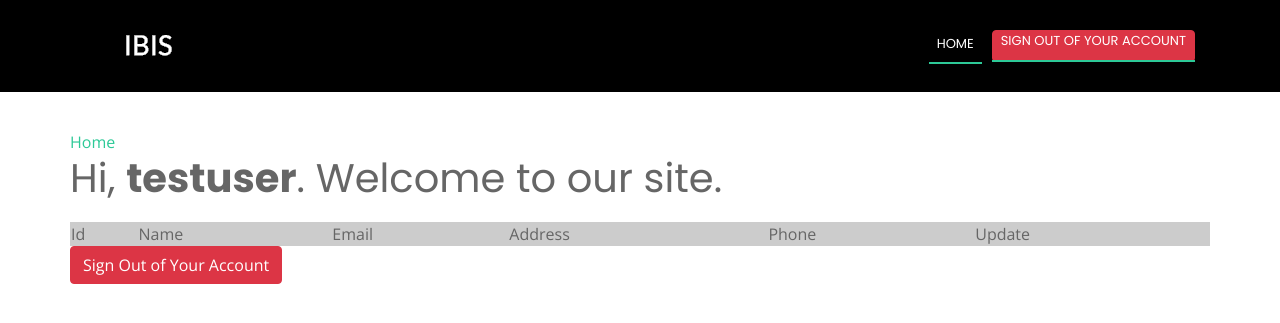
Repository: bhavrishi/Php_Internship_System
Page: http://localhost/ibis/admin/companies/index.php
The author's editor kept a record of every edit. The page is drawn from the files as they stood at one moment, then again after the next edit.
The browser window is 1280 px wide. The pictures show the whole page.
The page is run by PHP 8.4 with error messages shown; the project is at /var/www/html/. The session is filled in as if someone had signed in: {"username": "testuser"}. Other server files are loaded and not shown. Queries for data that is not in the repository find no rows.

Above is the page before.

### workspace/ibis/admin/companies/index.php


<?php
//including the database connection file
include_once("config.php");

// Initialize the session
session_start();

// If session variable is not set it will redirect to login page
if(!isset($_SESSION['username']) || empty($_SESSION['username'])){
 header("location: ../login.php");
 exit;
}

//fetching data in descending order (lastest entry first)
//$result = mysql_query("SELECT * FROM users ORDER BY id DESC"); // mysql_query is deprecated
$result = mysqli_query($mysqli, "SELECT * FROM companies ORDER BY company_id DESC"); // using mysqli_query instead
?>

<html>
<head>
	<title>Edit Companies</title>
	<meta charset="utf-8">
  <title>IBIS Internship System</title>
  <meta content="width=device-width, initial-scale=1.0" name="viewport">
  <meta content="" name="keywords">
  <meta content="" name="description">

  <!-- Favicons -->
  <link href="../../img/favicon.png" rel="icon">
  <link href="../..img/apple-touch-icon.png" rel="apple-touch-icon">

  <!-- Google Fonts -->
  <link href="https://fonts.googleapis.com/css?family=Open+Sans:300,300i,400,400i,700,700i|Poppins:300,400,500,700" rel="stylesheet">

  <!-- Bootstrap CSS File -->
  <link href="../../lib/bootstrap/css/bootstrap.min.css" rel="stylesheet">

  <!-- Libraries CSS Files -->
  <link href="../../lib/font-awesome/css/font-awesome.min.css" rel="stylesheet">
  <link href="../../lib/animate/animate.min.css" rel="stylesheet">

  <!-- Main Stylesheet File -->
  <link href="../style.css" rel="stylesheet">
</head>

<body>

	 <!--==========================
  Header
  ============================-->
  <header id="header">
    <div class="container">

      <div id="logo" class="pull-left">
        <a href="#"><img src="../../img/logo.png" alt="" title="" /></img></a>
        <!-- Uncomment below if you prefer to use a text logo -->
        <!--<h1><a href="#hero">Regna</a></h1>-->
      </div>
      <nav id="nav-menu-container">
        <ul class="nav-menu">
          <li class="menu-active"><a href="../">Home</a></li>
          <li class="menu-active"><a href="../logout.php" class="btn btn-danger">Sign Out of Your Account</a></li>
        </ul>
      </nav><!-- #nav-menu-container -->
    </div>
  </header><!-- #header -->

  <main id="main">

    <section id="about">
      <div class="container">
      	<div class="row">
      		<a href="../main.php"> Home</a>
      	</div>
        <div class="row about-container">

<h1>Hi, <b><?php echo $_SESSION['username']; ?></b>. Welcome to our site.</h1>
<br/><br/>

	<table width='100%' border=0>

	<tr bgcolor='#CCCCCC'>
		<td>Id</td>
		<td>Name</td>
		<td>Email</td>
		<td>Address</td>
		<td>Phone</td>
		<td>Update</td>
	</tr>
	<?php
	//while($res = mysql_fetch_array($result)) { // mysql_fetch_array is deprecated, we need to use mysqli_fetch_array
	while($res = mysqli_fetch_array($result)) {
		echo "<tr>";
		echo "<td>".$res['company_id']."</td>";
		echo "<td>".$res['company_name']."</td>";
		echo "<td>".$res['company_email']."</td>";
		echo "<td>".$res['comapny_address']."</td>";
		echo "<td>".$res['company_phone']."</td>";

		echo "<td><a href=\"edit.php?company_id=$res[company_id]\">Edit</a> |
		<a href=\"delete.php?company_id=$res[company_id]\" onClick=\"return confirm('Are you sure you want to delete?')\">Delete</a></td>";
	}
	?>
	</table>
	<p><a href="../logout.php" class="btn btn-danger">Sign Out of Your Account</a></p>

</main>
</section>
</div>
</div>
</body>
</html>

### workspace/ibis/admin/companies/config.php
<?php
/*
// mysql_connect("database-host", "username", "password")
$conn = mysql_connect("localhost","root","root")
			or die("cannot connected");

// mysql_select_db("database-name", "connection-link-identifier")
@mysql_select_db("test",$conn);
*/

/**
 * mysql_connect is deprecated
 * using mysqli_connect instead
 */

$databaseHost = 'localhost';
$databaseName = 'Ibis';
$databaseUsername = 'sambuahin';
$databasePassword = '';

$mysqli = mysqli_connect($databaseHost, $databaseUsername, $databasePassword, $databaseName);

?>

### workspace/ibis/admin/style.css
.wrapper{
  width: 300px;
  margin: auto;
}
/*--------------------------------------------------------------
# General
--------------------------------------------------------------*/
form {
    margin-top: 2em;
}
.don{
  margin-top: 30px!important;
  width:100%;
  margin-bottom: 10px;
}
body {
  background: #fff;
  color: #666666;
  font-family: "Open Sans", sans-serif;
}
.con{
  width: 50%;
  margin: auto;
}
.mai{
  height: 100vh;
}
a {
  color: #2dc997;
}

a:hover, a:active, a:focus {
  color: #2dca98;
  outline: none;
  text-decoration: none;
}

p {
  padding: 0;
  margin: 0 0 30px 0;
}

h1, h2, h3, h4, h5, h6 {
  font-family: "Poppins", sans-serif;
  font-weight: 400;
  margin: 0 0 20px 0;
  padding: 0;
}

/* Prelaoder */
#preloader {
  position: fixed;
  left: 0;
  top: 0;
  z-index: 999;
  width: 100%;
  height: 100%;
  overflow: visible;
  background: #fff url("../img/preloader.svg") no-repeat center center;
}

/* Back to top button */
.back-to-top {
  position: fixed;
  display: none;
  background: rgba(0, 0, 0, 0.2);
  color: #fff;
  padding: 6px 12px 9px 12px;
  font-size: 16px;
  border-radius: 2px;
  right: 15px;
  bottom: 15px;
  transition: background 0.5s;
}

@media (max-width: 768px) {
  .back-to-top {
    bottom: 15px;
  }
}

.back-to-top:focus {
  background: rgba(0, 0, 0, 0.2);
  color: #fff;
  outline: none;
}

.back-to-top:hover {
  background: #2dc997;
  color: #fff;
}

/*--------------------------------------------------------------
# Header
--------------------------------------------------------------*/
#header {
  padding: 30px 0;
  height: 92px;
  position: fixed;
  left: 0;
  top: 0;
  right: 0;
  transition: all 0.5s;
  z-index: 997;

      background-color: #000000;
}

#header #logo {
  float: left;
}

#header #logo h1 {
  font-size: 36px;
  margin: 0;
  padding: 6px 0;
  line-height: 1;
  font-family: "Poppins", sans-serif;
  font-weight: 700;
  letter-spacing: 3px;
  text-transform: uppercase;
}

#header #logo h1 a, #header #logo h1 a:hover {
  color: #fff;
}

#header #logo img {
  padding: 0;
  margin: 0;
}

@media (max-width: 768px) {
  #header #logo h1 {
    font-size: 26px;
  }
  #header #logo img {
    max-height: 40px;
  }
}

#header.header-fixed {
  background: rgba(52, 59, 64, 0.9);
  padding: 20px 0;
  height: 72px;
  transition: all 0.5s;
}

/*--------------------------------------------------------------
# Hero Section
--------------------------------------------------------------*/
#hero {
  display: table;
  width: 100%;
  height: 100vh;
  background: url(../img/hero-bg.jpg) top center fixed;
  background-size: cover;
}

#hero .hero-container {
  background: rgba(0, 0, 0, 0.6);
  display: table-cell;
  margin: 0;
  padding: 0 10px;
  text-align: center;
  vertical-align: middle;
}

#hero h1 {
  margin: 30px 0 10px 0;
  font-size: 48px;
  font-weight: 700;
  line-height: 56px;
  text-transform: uppercase;
  color: #fff;
}

@media (max-width: 768px) {
  #hero h1 {
    font-size: 28px;
    line-height: 36px;
  }
}

#hero h2 {
  color: #eee;
  margin-bottom: 50px;
  font-size: 24px;
}

@media (max-width: 768px) {
  #hero h2 {
    font-size: 18px;
    line-height: 24px;
    margin-bottom: 30px;
  }
}

#hero .btn-get-started {
  font-family: "Poppins", sans-serif;
  text-transform: uppercase;
  font-weight: 500;
  font-size: 16px;
  letter-spacing: 1px;
  display: inline-block;
  padding: 8px 28px;
  border-radius: 50px;
  transition: 0.5s;
  margin: 10px;
  border: 2px solid #fff;
  color: #fff;
}

#hero .btn-get-started:hover {
  background: #2dc997;
  border: 2px solid #2dc997;
}

/*--------------------------------------------------------------
# Navigation Menu
--------------------------------------------------------------*/
/* Nav Menu Essentials */
.nav-menu, .nav-menu * {
  margin: 0;
  padding: 0;
  list-style: none;
}

.nav-menu ul {
  position: absolute;
  display: none;
  top: 100%;
  left: 0;
  z-index: 99;
}

.nav-menu li {
  position: relative;
  white-space: nowrap;
}

.nav-menu > li {
  float: left;
}

.nav-menu li:hover > ul,
.nav-menu li.sfHover > ul {
  display: block;
}

.nav-menu ul ul {
  top: 0;
  left: 100%;
}

.nav-menu ul li {
  min-width: 180px;
}

/* Nav Menu Arrows */
.sf-arrows .sf-with-ul {
  padding-right: 30px;
}

.sf-arrows .sf-with-ul:after {
  content: "\f107";
  position: absolute;
  right: 15px;
  font-family: FontAwesome;
  font-style: normal;
  font-weight: normal;
}

.sf-arrows ul .sf-with-ul:after {
  content: "\f105";
}

/* Nav Meu Container */
#nav-menu-container {
  float: right;
  margin: 0;
}

@media (max-width: 768px) {
  #nav-menu-container {
    display: none;
  }
}

/* Nav Meu Styling */
.nav-menu a {
  padding: 0 8px 10px 8px;
  text-decoration: none;
  display: inline-block;
  color: #fff;
  font-family: "Poppins", sans-serif;
  font-weight: 400;
  text-transform: uppercase;
  font-size: 13px;
  outline: none;
}

.nav-menu > li {
  margin-left: 10px;
}

.nav-menu > li > a:before {
  content: "";
  position: absolute;
  width: 100%;
  height: 2px;
  bottom: 0;
  left: 0;
  background-color: #2dc997;
  visibility: hidden;
  -webkit-transform: scaleX(0);
  transform: scaleX(0);
  -webkit-transition: all 0.3s ease-in-out 0s;
  transition: all 0.3s ease-in-out 0s;
}

.nav-menu a:hover:before, .nav-menu li:hover > a:before, .nav-menu .menu-active > a:before {
  visibility: visible;
  -webkit-transform: scaleX(1);
  transform: scaleX(1);
}

.nav-menu ul {
  margin: 4px 0 0 0;
  border: 1px solid #e7e7e7;
}

.nav-menu ul li {
  background: #fff;
}

.nav-menu ul li:first-child {
  border-top: 0;
}

.nav-menu ul li a {
  padding: 10px;
  color: #333;
  transition: 0.3s;
  display: block;
  font-size: 13px;
  text-transform: none;
}

.nav-menu ul li a:hover {
  background: #2dc997;
  color: #fff;
}

.nav-menu ul ul {
  margin: 0;
}

/* Mobile Nav Toggle */
#mobile-nav-toggle {
  position: fixed;
  right: 0;
  top: 0;
  z-index: 999;
  margin: 20px 20px 0 0;
  border: 0;
  background: none;
  font-size: 24px;
  display: none;
  transition: all 0.4s;
  outline: none;
  cursor: pointer;
}

#mobile-nav-toggle i {
  color: #fff;
}

@media (max-width: 768px) {
  #mobile-nav-toggle {
    display: inline;
  }
}

/* Mobile Nav Styling */
#mobile-nav {
  position: fixed;
  top: 0;
  padding-top: 18px;
  bottom: 0;
  z-index: 998;
  background: rgba(52, 59, 64, 0.9);
  left: -260px;
  width: 260px;
  overflow-y: auto;
  transition: 0.4s;
}

#mobile-nav ul {
  padding: 0;
  margin: 0;
  list-style: none;
}

#mobile-nav ul li {
  position: relative;
}

#mobile-nav ul li a {
  color: #fff;
  font-size: 16px;
  overflow: hidden;
  padding: 10px 22px 10px 15px;
  position: relative;
  text-decoration: none;
  width: 100%;
  display: block;
  outline: none;
}

#mobile-nav ul li a:hover {
  color: #fff;
}

#mobile-nav ul li li {
  padding-left: 30px;
}

#mobile-nav ul .menu-has-children i {
  position: absolute;
  right: 0;
  z-index: 99;
  padding: 15px;
  cursor: pointer;
  color: #fff;
}

#mobile-nav ul .menu-has-children i.fa-chevron-up {
  color: #2dc997;
}

#mobile-nav ul .menu-item-active {
  color: #2dc997;
}

#mobile-body-overly {
  width: 100%;
  height: 100%;
  z-index: 997;
  top: 0;
  left: 0;
  position: fixed;
  background: rgba(52, 59, 64, 0.9);
  display: none;
}

/* Mobile Nav body classes */
body.mobile-nav-active {
  overflow: hidden;
}

body.mobile-nav-active #mobile-nav {
  left: 0;
}

body.mobile-nav-active #mobile-nav-toggle {
  color: #fff;
}

/*--------------------------------------------------------------
# Sections
--------------------------------------------------------------*/
/* Sections Header
--------------------------------*/
.section-header .section-title {
  font-size: 32px;
  color: #111;
  text-transform: uppercase;
  text-align: center;
  font-weight: 700;
  margin-bottom: 5px;
}

.section-header .section-description {
  text-align: center;
  padding-bottom: 40px;
  color: #999;
}

/* About Us Section
--------------------------------*/
#about {
  background: #fff;
  padding: 130px 0;
}

#about .about-container .background {
  min-height: 300px;
  background: url(../img/about-img.jpg) center top no-repeat;
  margin-bottom: 10px;
}

#about .about-container .content {
  background: #fff;
}

#about .about-container .title {
  color: #333;
  font-weight: 700;
  font-size: 32px;
}

@media (max-width: 768px) {
  #about .about-container .title {
    padding-top: 15px;
  }
}

#about .about-container p {
  line-height: 26px;
}

#about .about-container p:last-child {
  margin-bottom: 0;
}

#about .about-container .icon-box {
  background: #fff;
  background-size: cover;
  padding: 0 0 30px 0;
}

#about .about-container .icon-box .icon {
  float: left;
  background: #fff;
  padding: 16px;
  border-radius: 50%;
  border: 2px solid #2dc997;
}

#about .about-container .icon-box .icon i {
  color: #2dc997;
  font-size: 24px;
}

#about .about-container .icon-box .title {
  margin-left: 80px;
  font-weight: 500;
  margin-bottom: 5px;
  font-size: 18px;
  text-transform: uppercase;
}

#about .about-container .icon-box .title a {
  color: #111;
}

#about .about-container .icon-box .description {
  margin-left: 80px;
  line-height: 24px;
  font-size: 14px;
}

/* Facts Section
--------------------------------*/
#facts {
  background: #f7f7f7;
  padding: 80px 0 60px 0;
}

#facts .counters span {
  font-size: 48px;
  display: block;
  color: #2dc997;
}

#facts .counters p {
  padding: 0;
  margin: 0 0 20px 0;
  font-family: "Poppins", sans-serif;
  font-size: 14px;
}

/* Services Section
--------------------------------*/
#services {
  background: #fff;
  background-size: cover;
  padding: 100px 0 60px 0;
  min-height: 90vh;

}

#services .box {
  padding: 50px 20px;
  margin-bottom: 50px;
  text-align: center;
  border: 1px solid #e6e6e6;
  height: 200px;
  position: relative;
  background: #fafafa;
}

#services .icon {
  position: absolute;
  top: -36px;
  left: calc(50% - 36px);
  transition: 0.2s;
  border-radius: 50%;
  display: inline-block;
  border: 6px solid #fff;
}

#services .icon a {
  display: inline-block;
  background: #2dc997;
  border: 2px solid #2dc997;
  padding: 16px;
  border-radius: 50%;
  transition: 0.3s;
}

#services .icon i {
  color: #fff;
  font-size: 24px;
}

#services .box:hover .icon i {
  color: #2dc997;
}

#services .box:hover .icon a {
  color: #2dc997;
  background: #fff;
}

#services .title {
  font-weight: 700;
  font-size: 18px;
  margin-bottom: 15px;
  text-transform: uppercase;
}

#services .title a {
  color: #111;
}

#services .description {
  font-size: 14px;
  line-height: 24px;
}

/* Call To Action Section
--------------------------------*/
#call-to-action {
  background: linear-gradient(rgba(0, 0, 0, 0.6), rgba(0, 0, 0, 0.6)), url(../img/call-to-action-bg.jpg) fixed center center;
  background-size: cover;
  padding: 80px 0;
}

#call-to-action .cta-title {
  color: #fff;
  font-size: 28px;
  font-weight: 700;
}

#call-to-action .cta-text {
  color: #fff;
}

@media (min-width: 769px) {
  #call-to-action .cta-btn-container {
    display: flex;
    align-items: center;
    justify-content: flex-end;
  }
}

#call-to-action .cta-btn {
  font-family: "Poppins", sans-serif;
  text-transform: uppercase;
  font-weight: 500;
  font-size: 16px;
  letter-spacing: 1px;
  display: inline-block;
  padding: 8px 30px;
  border-radius: 50px;
  transition: 0.5s;
  margin: 10px;
  border: 2px solid #fff;
  color: #fff;
}

#call-to-action .cta-btn:hover {
  background: #2dc997;
  border: 2px solid #2dc997;
}

/* Portfolio Section
--------------------------------*/
#portfolio {
  background: #f7f7f7;
  padding: 80px 0;
}

#portfolio #portfolio-wrapper {
  padding-right: 15px;
}

#portfolio #portfolio-flters {
  padding: 0;
  margin: 0 0 45px 0;
  list-style: none;
  text-align: center;
}

#portfolio #portfolio-flters li {
  cursor: pointer;
  margin: 0 10px;
  display: inline-block;
  padding: 10px 22px;
  font-size: 12px;
  line-height: 20px;
  color: #666666;
  border-radius: 4px;
  text-transform: uppercase;
  background: #fff;
  margin-bottom: 5px;
  transition: all 0.3s ease-in-out;
}

#portfolio #portfolio-flters li:hover, #portfolio #portfolio-flters li.filter-active {
  background: #2dc997;
  color: #fff;
}

#portfolio .portfolio-item {
  position: relative;
  height: 200px;
  overflow: hidden !important;
  margin-bottom: 15px;
  transition: all 350ms ease;
  transform: scale(1);
}

#portfolio .portfolio-item a {
  display: block;
  margin-right: 15px;
}

#portfolio .portfolio-item img {
  position: relative;
  top: 0;
  transition: all 600ms cubic-bezier(0.645, 0.045, 0.355, 1);
}

#portfolio .portfolio-item .details {
  height: 50px;
  background: #2dc997;
  position: absolute;
  width: 100%;
  height: 50px;
  bottom: -50px;
  transition: all 300ms cubic-bezier(0.645, 0.045, 0.355, 1);
}

#portfolio .portfolio-item .details h4 {
  font-size: 14px;
  font-weight: 700;
  color: #fff;
  padding: 8px 0 2px 8px;
  margin: 0;
}

#portfolio .portfolio-item .details span {
  display: block;
  color: #fff;
  font-size: 13px;
  padding-left: 8px;
}

#portfolio .portfolio-item:hover .details {
  bottom: 0;
}

#portfolio .portfolio-item:hover img {
  top: -30px;
}

/* Team Section
--------------------------------*/
#team {
  background: #fff;
  padding: 80px 0 60px 0;
}

#team .member {
  text-align: center;
  margin-bottom: 20px;
}

#team .member .pic {
  margin-bottom: 15px;
  overflow: hidden;
  height: 260px;
}

#team .member .pic img {
  max-width: 100%;
}

#team .member h4 {
  font-weight: 700;
  margin-bottom: 2px;
  font-size: 18px;
}

#team .member span {
  font-style: italic;
  display: block;
  font-size: 13px;
}

#team .member .social {
  margin-top: 15px;
}

#team .member .social a {
  color: #b3b3b3;
}

#team .member .social a:hover {
  color: #2dc997;
}

#team .member .social i {
  font-size: 18px;
  margin: 0 2px;
}

/* Contact Section
--------------------------------*/
#contact {
  background: #f7f7f7;
  padding: 120px 0 40px 0;
}

#contact #google-map {
  height: 300px;
  margin-bottom: 70px;
}

#contact .info {
  color: #333333;
}

#contact .info i {
  font-size: 32px;
  color: #2dc997;
  float: left;
}

#contact .info p {
  padding: 0 0 10px 50px;
  margin-bottom: 20px;
  line-height: 22px;
  font-size: 14px;
}

#contact .info .email p {
  padding-top: 5px;
}

#contact .social-links {
  padding-bottom: 20px;
}

#contact .social-links a {
  font-size: 18px;
  display: inline-block;
  background: #333;
  color: #fff;
  line-height: 1;
  padding: 8px 0;
  border-radius: 50%;
  text-align: center;
  width: 36px;
  height: 36px;
  transition: 0.3s;
}

#contact .social-links a:hover {
  background: #2dc997;
  color: #fff;
}

#contact .form #sendmessage {
  color: #2dc997;
  border: 1px solid #2dc997;
  display: none;
  text-align: center;
  padding: 15px;
  font-weight: 600;
  margin-bottom: 15px;
}

#contact .form #errormessage {
  color: red;
  display: none;
  border: 1px solid red;
  text-align: center;
  padding: 15px;
  font-weight: 600;
  margin-bottom: 15px;
}

#contact .form #sendmessage.show, #contact .form #errormessage.show, #contact .form .show {
  display: block;
}

#contact .form .validation {
  color: red;
  display: none;
  margin: 0 0 20px;
  font-weight: 400;
  font-size: 13px;
}

#contact .form input, #contact .form textarea {
  border-radius: 0;
  box-shadow: none;
  font-size: 14px;
}

#contact .form button[type="submit"] {
  background: #2dc997;
  border: 0;
  padding: 10px 24px;
  color: #fff;
  transition: 0.4s;
}

#contact .form button[type="submit"]:hover {
  background: #51d8ad;
}

/*--------------------------------------------------------------
# Footer
--------------------------------------------------------------*/
#footer {
  background: #343b40;
  padding: 30px 0;
  color: #fff;
  font-size: 14px;
}

#footer .copyright {
  text-align: center;
}

#footer .credits {
  padding-top: 10px;
  text-align: center;
  font-size: 13px;
  color: #ccc;
}

Loaded but not shown: workspace/ibis/lib/bootstrap/css/bootstrap.min.css (library); workspace/ibis/lib/font-awesome/css/font-awesome.min.css (library); workspace/ibis/lib/animate/animate.min.css (library)

After the next edit:
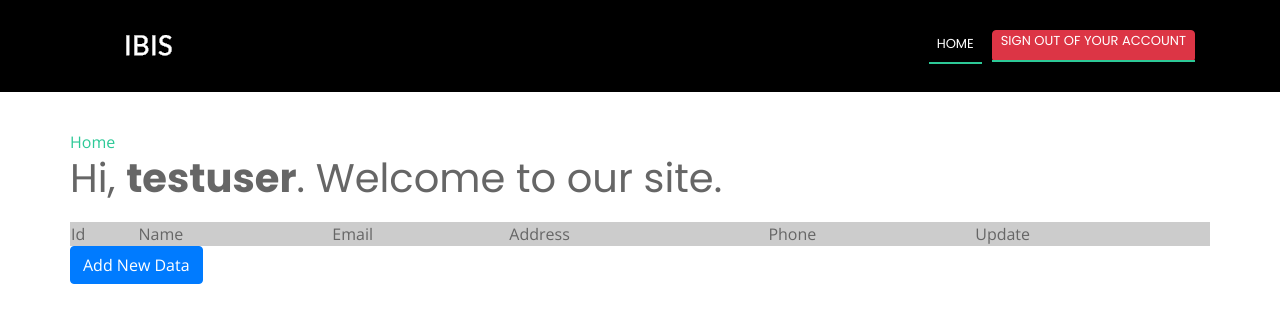
The edit:
--- a/workspace/ibis/admin/companies/index.php
+++ b/workspace/ibis/admin/companies/index.php
@@ -104,7 +104,7 @@
 	}
 	?>
 	</table>
-	<p><a href="../logout.php" class="btn btn-danger">Sign Out of Your Account</a></p>
+	<p><a href="add_cm.php" class="btn btn-primary">Add New Data</a></p>
 
 </main>
 </section>
